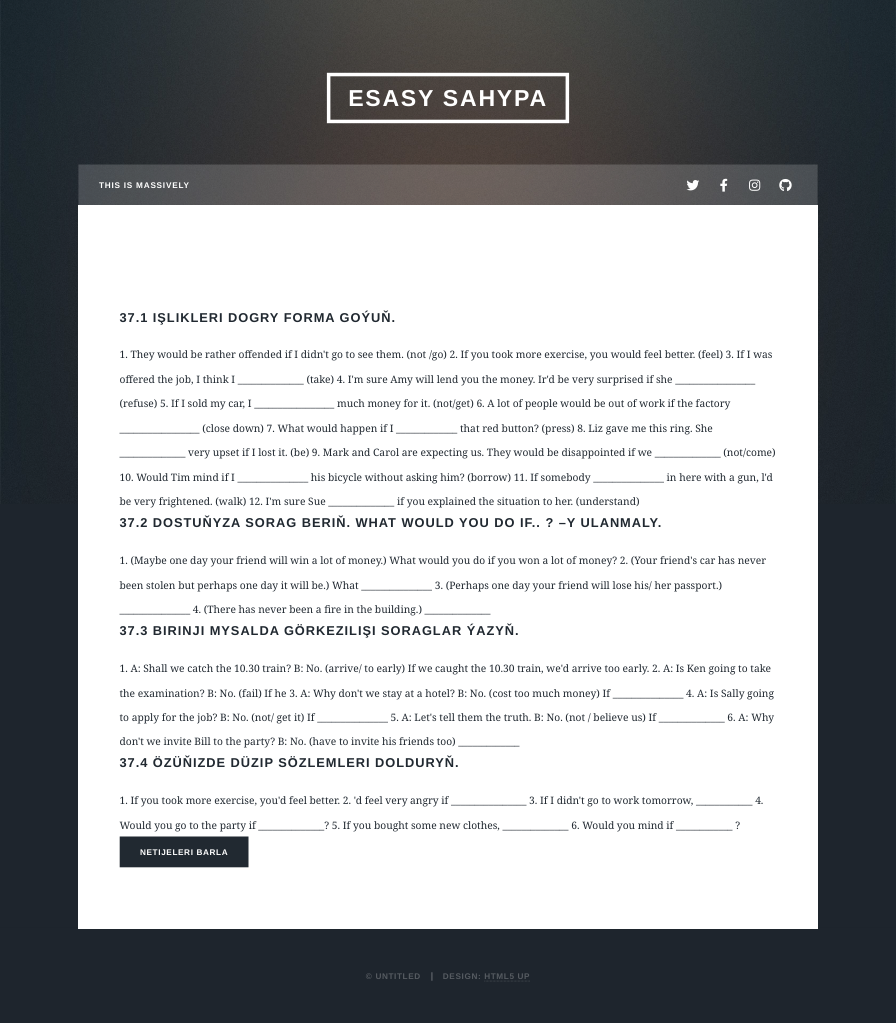
Repository: Sahet-dev/English-grammar-app
Page: test/test_unit _37.html
The author's editor kept a copy of each file at every save. The page is drawn from the files as they stood at one save, then again after the next save.
The browser window is 1280 px wide. The pictures show the part of the page from y = 0 to 1920 px (the page is 1462 px tall before and 3065 px after), at 70% of full size.
Some web fonts or font styles are not loaded; a fallback is used.

Above is the page before, as saved 2022-06-24 17:19:07.

### test/test_unit _37.html
<!DOCTYPE HTML>
<!--
	Massively by HTML5 UP
	html5up.net | @ajlkn
	Free for personal and commercial use under the CCA 3.0 license (html5up.net/license)
-->
<html>
	<head>
		<title>Test </title>
		<meta charset="utf-8" />
		<meta name="viewport" content="width=device-width, initial-scale=1, user-scalable=no" />
		<link rel="stylesheet" href="../assets/css/test.css" />
		<noscript><link rel="stylesheet" href="../assets/css/noscript.css" /></noscript>
	</head>
	<body class="is-preload">

		<!-- Wrapper -->
			<div id="wrapper">

				<!-- Header -->
					<header id="header">
						<a href="index.html" class="logo">Esasy Sahypa</a>
					</header>

				<!-- Nav -->
					<nav id="nav">
						<ul class="links">
							<li><a href="units/.html">This is Massively</a></li>

						</ul>
						<ul class="icons">
							<li><a href="#" class="icon brands fa-twitter"><span class="label">Twitter</span></a></li>
							<li><a href="#" class="icon brands fa-facebook-f"><span class="label">Facebook</span></a></li>
							<li><a href="#" class="icon brands fa-instagram"><span class="label">Instagram</span></a></li>
							<li><a href="#" class="icon brands fa-github"><span class="label">GitHub</span></a></li>
						</ul>
					</nav>

				<!-- Main -->
					<div id="main">

						<!-- Post -->
							<section class="post">
								<header class="major">
									<h2>


									</h2>
								</header>

								<!-- Text stuff -->

									<p>
										<form action="results-unit-1.php" method="post">
										<h3>37.1

														Işlikleri dogry forma goýuň.</h3>

														1. They would be rather offended if I didn't go to see them. (not /go)

														2. If you took more exercise, you would feel
														better. (feel)

														3. If  I was offered the job, I think I ______________  (take)

														4. I'm sure Amy will lend you the money. Ir'd be
														very surprised if she _________________   (refuse)

														5. If I sold my car, I   _________________    much money for it.
														(not/get)

														6. A lot of people would be out of work if the factory  _________________   (close down)

														7. What would happen if I  _____________   that red
														button? (press)

														8. Liz gave me this ring. She   ______________   very upset
														if I lost it. (be)

														9. Mark and Carol are expecting us. They would
														be disappointed if we  ______________  (not/come)

														10. Would Tim mind if I    _______________   his bicycle
														without asking him? (borrow)

														11. If somebody  _______________   in here with a gun, l'd
														be very frightened. (walk)

														12. I'm sure Sue   ______________  if you explained the
														situation to her. (understand)

													<h3>37.2

														Dostuňyza sorag beriň. What would you do
														if.. ? –y ulanmaly.</h3>

														1. (Maybe one day your friend will win a lot of
														money.) What would you do if you won a lot of
														money?

														2. (Your friend's car has never been stolen but
														perhaps one day it will be.) What    _______________

														3. (Perhaps one day your friend will lose his/
														her passport.)   _______________

														4. (There has never been a fire in the
														building.)   ______________

													<h3>37.3

														Birinji mysalda görkezilişi soraglar ýazyň.</h3>


														1. A: Shall we catch the 10.30 train?

														B: No. (arrive/ to early) If we caught the
														10.30 train, we'd arrive too early.

														2. A: Is Ken going to take the examination?
														B: No. (fail) If he

														3. A: Why don't we stay at a hotel?
														B: No. (cost too much money) If   _______________

														4. A: Is Sally going to apply for the job?
														B: No. (not/ get it) If   _______________

														5. A: Let's tell them the truth.

														B: No. (not / believe us) If   ______________

														6. A: Why don't we invite Bill to the party?
														B: No. (have to invite his friends
														too)    _____________

													<h3>37.4

														Özüňizde düzip sözlemleri dolduryň.</h3>

														1. If you took more exercise, you'd feel better.

														2. 'd feel very angry if ________________

														3. If I didn't go to work tomorrow,  ____________

														4. Would you go to the party if   ______________?



														5. If you bought some new clothes,    ______________

														6. Would you mind if    ____________ ?

											        <button class="button primary" type="submit">Netijeleri barla</button>
										</form>



									</p>


							</section>

					</div>


				<!-- Copyright -->
					<div id="copyright">
						<ul><li>&copy; Untitled</li><li>Design: <a href="https://html5up.net">HTML5 UP</a></li></ul>
					</div>

			</div>

		<!-- Scripts -->
			<script src="assets/js/jquery.min.js"></script>
			<script src="assets/js/jquery.scrollex.min.js"></script>
			<script src="assets/js/jquery.scrolly.min.js"></script>
			<script src="assets/js/browser.min.js"></script>
			<script src="assets/js/breakpoints.min.js"></script>
			<script src="assets/js/util.js"></script>
			<script src="assets/js/main.js"></script>

	</body>
</html>

Loaded but not shown: assets/js/jquery.min.js (library); assets/js/jquery.scrollex.min.js (common file); assets/js/jquery.scrolly.min.js (common file); assets/js/browser.min.js (common file); assets/js/breakpoints.min.js (common file); assets/css/fontawesome-all.min.css (library); assets/js/util.js (587 lines, source omitted); assets/js/main.js (258 lines, source omitted); assets/css/test.css (4689 lines, source omitted)

After the next save:
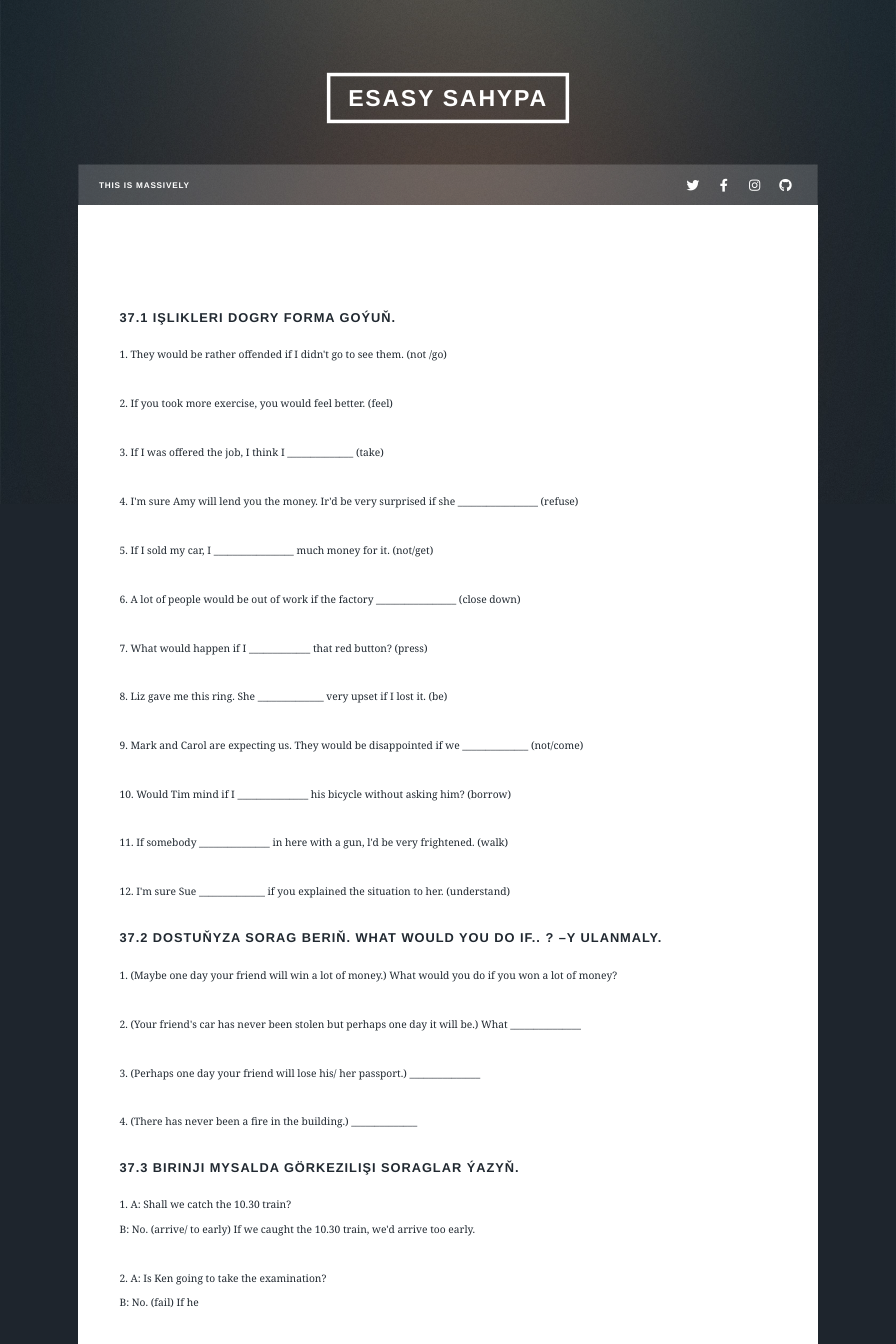
Saved 73 s later.
--- a/test/test_unit _37.html
+++ b/test/test_unit _37.html
@@ -57,38 +57,38 @@
 														Işlikleri dogry forma goýuň.</h3>
 
 														1. They would be rather offended if I didn't go to see them. (not /go)
-
+														<br><br>
 														2. If you took more exercise, you would feel
 														better. (feel)
-
+														<br><br>
 														3. If  I was offered the job, I think I ______________  (take)
-
+														<br><br>
 														4. I'm sure Amy will lend you the money. Ir'd be
 														very surprised if she _________________   (refuse)
-
+														<br><br>
 														5. If I sold my car, I   _________________    much money for it.
 														(not/get)
-
+														<br><br>
 														6. A lot of people would be out of work if the factory  _________________   (close down)
-
+														<br><br>
 														7. What would happen if I  _____________   that red
 														button? (press)
-
+														<br><br>
 														8. Liz gave me this ring. She   ______________   very upset
 														if I lost it. (be)
-
+														<br><br>
 														9. Mark and Carol are expecting us. They would
 														be disappointed if we  ______________  (not/come)
-
+														<br><br>
 														10. Would Tim mind if I    _______________   his bicycle
 														without asking him? (borrow)
-
+														<br><br>
 														11. If somebody  _______________   in here with a gun, l'd
 														be very frightened. (walk)
-
+														<br><br>
 														12. I'm sure Sue   ______________  if you explained the
 														situation to her. (understand)
-
+														<br><br>
 													<h3>37.2
 
 														Dostuňyza sorag beriň. What would you do
@@ -97,61 +97,61 @@
 														1. (Maybe one day your friend will win a lot of
 														money.) What would you do if you won a lot of
 														money?
-
+														<br><br>
 														2. (Your friend's car has never been stolen but
 														perhaps one day it will be.) What    _______________
-
+														<br><br>
 														3. (Perhaps one day your friend will lose his/
 														her passport.)   _______________
-
+														<br><br>
 														4. (There has never been a fire in the
 														building.)   ______________
-
+														<br><br>
 													<h3>37.3
 
 														Birinji mysalda görkezilişi soraglar ýazyň.</h3>
 
 
 														1. A: Shall we catch the 10.30 train?
-
+														<br>
 														B: No. (arrive/ to early) If we caught the
 														10.30 train, we'd arrive too early.
-
-														2. A: Is Ken going to take the examination?
+														<br><br>
+														2. A: Is Ken going to take the examination?<br>
 														B: No. (fail) If he
-
-														3. A: Why don't we stay at a hotel?
+														<br><br>
+														3. A: Why don't we stay at a hotel?<br>
 														B: No. (cost too much money) If   _______________
-
-														4. A: Is Sally going to apply for the job?
+														<br><br>
+														4. A: Is Sally going to apply for the job?<br>
 														B: No. (not/ get it) If   _______________
-
-														5. A: Let's tell them the truth.
+														<br><br>
+														5. A: Let's tell them the truth.<br>
 
 														B: No. (not / believe us) If   ______________
-
-														6. A: Why don't we invite Bill to the party?
+														<br><br>
+														6. A: Why don't we invite Bill to the party?<br>
 														B: No. (have to invite his friends
 														too)    _____________
-
+														<br><br>
 													<h3>37.4
 
 														Özüňizde düzip sözlemleri dolduryň.</h3>
 
 														1. If you took more exercise, you'd feel better.
-
+														<br><br>
 														2. 'd feel very angry if ________________
-
+														<br><br>
 														3. If I didn't go to work tomorrow,  ____________
-
+														<br><br>
 														4. Would you go to the party if   ______________?
-
+														<br><br>
 
 
 														5. If you bought some new clothes,    ______________
-
+														<br><br>
 														6. Would you mind if    ____________ ?
-
+														<br><br>
 											        <button class="button primary" type="submit">Netijeleri barla</button>
 										</form>
 
